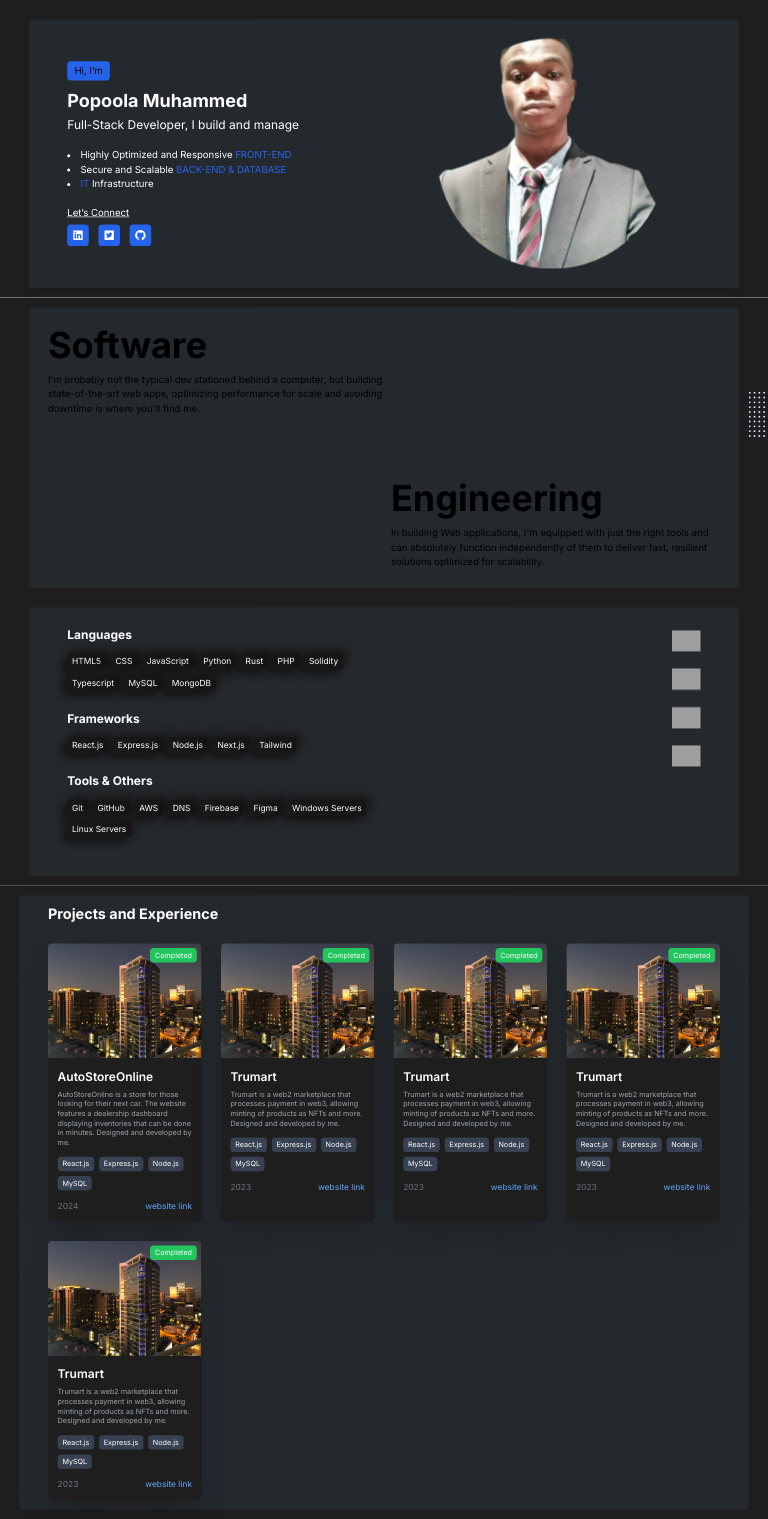
Repository: muhammedctgr/hammedctgr
Page: /
These files come from the project's save history. The page is drawn as it stood at one moment and after the next save; the edit follows.
The browser window is 1280 px wide. The pictures show the whole page, at 60% of full size.
Pictures or frames that could not be fetched are drawn as grey boxes. The project was rebuilt for these pictures with package versions that can differ from the ones it lists, and the page was loaded fresh each time. The framework's server and built-in components were replaced by stand-ins that run in the browser. Also part of the build but not shown: next.config.mjs.

Above is the page before, as saved 2024-08-06 20:47:33.

### app/layout.tsx
import type { Metadata } from "next";
import { Inter } from "next/font/google";
import "./globals.css";

const inter = Inter({ subsets: ["latin"] });

export const metadata: Metadata = {
  title: "Popoola Muhammed",
  description: "Generated by create next app",
};

export default function RootLayout({
  children,
}: Readonly<{
  children: React.ReactNode;
}>) {
  return (
    <html lang="en">
      <body className={inter.className}>{children}</body>
    </html>
  );
}

### app/page.tsx
import Head from 'next/head';
import Hero from '../components/Hero';
import SkillsSection from '@/components/SkillsSection';
import SummarySection from '@/components/SummarySection';
import ProjectsSection from '@/components/ProjectsSection';


const Home = () => (
  <div>
    <Head>
      <title>Popoola Muhammed</title>
      <meta name="description" content="Welcome to my developer portfolio" />
    </Head>

    <Hero />
    <SummarySection />
    <SkillsSection />
    <ProjectsSection />
  </div>
);

export default Home;

### app/globals.css
@tailwind base;
@tailwind components;
@tailwind utilities;

:root {
  --foreground-rgb: 0, 0, 0;
  --background-start-rgb: 214, 219, 220;
  --background-end-rgb: 255, 255, 255;
}

@media (prefers-color-scheme: dark) {
  :root {
    --foreground-rgb: 255, 255, 255;
    --background-start-rgb: 0, 0, 0;
    --background-end-rgb: 0, 0, 0;
  }
}

body {
  color: rgb(var(--foreground-rgb));
  background: linear-gradient(
      to bottom,
      transparent,
      rgb(var(--background-end-rgb))
    )
    rgb(var(--background-start-rgb));
}

@layer utilities {
  .text-balance {
    text-wrap: balance;
  }
}


@keyframes upDown {
  0%, 100% {
    transform: translateY(0);
  }
  50% {
    transform: translateY(-10px); /* Adjust the value as needed */
  }
}

.animate-upDown {
  animation: upDown 2s infinite ease-in-out; /* Adjust duration as needed */
}

.neumorph {
  border-radius: 5px;
  background: linear-gradient(225deg, #161414, #1a1818);
  box-shadow:  -7px 7px 14px #141212,
               7px -7px 14px #1c1a1a;
}

### components/Hero.tsx
import Image from 'next/image';
import profilePic from '../public/profile.png';
import { AiFillLinkedin, AiFillGithub, AiFillTwitterSquare, AiFillX } from 'react-icons/ai';

const Hero = () => {
  return (
    <section className="bg-gptGray px-4 py-4 md:pt-8 md:px-8 lg:px-12 text-white flex items-center">
  <div className="container bg-githubGray shadow-lg rounded-md mx-auto flex flex-col md:flex-row items-center md:px-8">
    <div className="flex-1 text-left p-4 md:p-8">
      <div className="inline-block bg-blue-600 text-black py-1 px-3 mb-4 rounded-md">
        Hi, I’m
      </div>
      <div className="mb-6">
        <h1 className="text-xl md:text-3xl font-bold">Popoola Muhammed</h1>
        <p className="mt-2 text-lg md:text-xl">Full-Stack Developer, I build and manage</p>
      </div>
      <ul className="mt-4 list-disc list-inside">
        <li>Highly Optimized and Responsive <span className="text-blue-600">FRONT-END</span></li>
        <li>Secure and Scalable <span className="text-blue-600">BACK-END & DATABASE</span></li>
        <li><span className="text-blue-600">IT</span> Infrastructure</li>
      </ul>
      <div className="mt-6">
        <a href="#contact" className="underline">Let’s Connect</a>
        <div className="mt-2 flex justify-start space-x-4">
          <a href="#" className="bg-blue-600 p-2 rounded-md">
            <AiFillLinkedin size={20} />
          </a>
          <a href="#" className="bg-blue-600 p-2 rounded-md">
            <AiFillTwitterSquare size={20} />
          </a>
          <a href="#" className="bg-blue-600 p-2 rounded-md">
            <AiFillGithub size={20} />
          </a>
        </div>
      </div>
    </div>
    <div className="flex-1 p-4 md:p-8">
      <div className="relative w-40 h-40 md:w-72 md:h-72 lg:w-96 lg:h-96 mx-auto">
        <Image src={profilePic} alt="Popoola Muhammed" layout="fill" className="rounded-full object-cover animate-upDown" />
      </div>
    </div>
  </div>
</section>
  );
};

export default Hero;

### components/SkillsSection.tsx
import Image from 'next/image';
import { FC } from 'react';

interface SkillCategory {
  title: string;
  skills: { name: string; color: string; }[];
}

const skills: SkillCategory[] = [
  {
    title: "Languages",
    skills: [
      { name: "HTML5", color: "bg-black" },
      { name: "CSS", color: "bg-black"},
      { name: "JavaScript", color: "bg-yellow-500" },
      { name: "Python", color: "bg-green-500" },
      { name: "Rust", color: "bg-orange-600" },
      { name: "PHP", color: "bg-purple-500" },
      { name: "Solidity", color: "bg-black-500" },
      { name: "Typescript", color: "bg-blue-700" },
      { name: "MySQL", color: "bg-orange-400" },
      { name: "MongoDB", color: "bg-green-600" },
    ],
  },
  {
    title: "Frameworks",
    skills: [
      { name: "React.js", color: "bg-blue-400" },
      { name: "Express.js", color: "bg-green-500" },
      { name: "Node.js", color: "bg-green-700" },
      { name: "Next.js", color: "bg-purple-700" },
      { name: "Tailwind", color: "bg-purple-500" },
    ],
  },
  {
    title: "Tools & Others",
    skills: [
      { name: "Git", color: "bg-orange-500" },
      { name: "GitHub", color: "bg-purple-800" },
      { name: "AWS", color: "bg-yellow-600" },
      { name: "DNS", color: "bg-gray-400" },
      { name: "Firebase", color: "bg-yellow-500" },
      { name: "Figma", color: "bg-pink-600" },
      { name: "Windows Servers", color: "bg-blue-700" },
      { name: "Linux Servers", color: "bg-black" },
    ],
  },
];

const icons = [
  "/icons/html5.svg", // Replace with your icon paths
  "/icons/css3.svg",
  "/icons/javascript.svg",
  "/icons/python.svg",
  // Add the rest of the icons as needed
];

const SkillsSection: FC = () => {
  return (
    <section className="px-4 py-4 md:px-8 lg:px-12 bg-gptGray text-white">
  <div className="container bg-githubGray rounded-md mx-auto flex flex-col md:flex-row items-start md:px-8">
    <div className="flex-1 p-4 md:p-8">
      {skills.map((category) => (
        <div key={category.title} className="mb-8">
          <h2 className="text-lg md:text-xl font-bold mb-4">{category.title}</h2>
          <div className="flex flex-wrap gap-2">
            {category.skills.map((skill) => (
              <span
                key={skill.name}
                className={`px-2 py-1 rounded-md text-sm neumorph`}
              >
                {skill.name}
              </span>
            ))}
          </div>
        </div>
      ))}
    </div>
    <div className="flex-1 flex flex-col items-center md:items-end">
      <div className="grid grid-cols-3 md:grid-cols-1 gap-4 p-4 md:p-8">
        {icons.map((src, index) => (
          <div key={index} className="w-10 h-10 md:w-12 md:h-12 relative">
            <Image src={src} alt={`icon-${index}`} layout="fill" objectFit="contain" />
          </div>
        ))}
      </div>
    </div>
  </div>
</section>
  );
};

export default SkillsSection;

### components/SummarySection.tsx
import { FC } from 'react';

const SummarySection: FC = () => {
  return (
<section className="px-4 py-4 md:px-8 lg:px-12 bg-gptGray relative overflow-hidden">
  <div className="container bg-githubGray mx-auto flex rounded-md flex-col md:flex-row justify-between items-start md:px-8 p-4 md:p-8">
    <div className=" mb-8 md:mb-8">
      <div className="mb-4">
        <span className="text-4xl md:text-6xl font-bold">Software</span>
      </div>
      <p className="text-sm md:text-base">
        I'm probably not the typical dev stationed behind a computer, but building state-of-the-art web apps, optimizing performance for scale and avoiding downtime is where you'll find me.
      </p>
    </div>
    <div className=" md:mt-64">
      <div className="mb-4">
        <span className="text-4xl md:text-6xl font-bold">Engineering</span>
      </div>
      <p className="text-sm md:text-base">
        In building Web applications, I'm equipped with just the right tools and can absolutely function independently of them to deliver fast, resilient solutions optimized for scalability.
      </p>
    </div>
  </div>

  {/* Decorative Elements */}
  <div className="absolute top-1/4 right-0 transform translate-x-4 translate-y-4 md:translate-x-12 md:translate-y-8">
    <svg className="fill-current text-purple-200" width="80" height="80" viewBox="0 0 100 100">
      {/* SVG circles */}
      {[...Array(10)].map((_, row) => (
        <g key={row} transform={`translate(0, ${row * 10})`}>
          {[...Array(10)].map((_, col) => (
            <circle key={col} cx={col * 10 + 2} cy="2" r="2" />
          ))}
        </g>
      ))}
    </svg>
  </div>
</section>
  );
};

export default SummarySection;

### components/ProjectsSection.tsx
import { FC } from 'react';

interface Project {
  title: string;
  description: string;
  technologies: string[];
  date: string;
  status: string;
  image: string;
  link: string;
}

const projects: Project[] = [
  {
    title: "AutoStoreOnline",
    description: "AutoStoreOnline is a store for those looking for their next car. The website features a dealership dashboard displaying inventories that can be done in minutes. Designed and developed by me.",
    technologies: ["React.js", "Express.js", "Node.js", "MySQL"],
    date: "2024",
    status: "Completed",
    image: "pic1.jpg",
    link: "https://example.com",
  },
  {
    title: "Trumart",
    description: "Trumart is a web2 marketplace that processes payment in web3, allowing minting of products as NFTs and more. Designed and developed by me.",
    technologies: ["React.js", "Express.js", "Node.js", "MySQL"],
    date: "2023",
    status: "Completed",
    image: "pic1.jpg",
    link: "https://example.com",
  },
  {
    title: "Trumart",
    description: "Trumart is a web2 marketplace that processes payment in web3, allowing minting of products as NFTs and more. Designed and developed by me.",
    technologies: ["React.js", "Express.js", "Node.js", "MySQL"],
    date: "2023",
    status: "Completed",
    image: "pic1.jpg",
    link: "https://example.com",
  },
  {
    title: "Trumart",
    description: "Trumart is a web2 marketplace that processes payment in web3, allowing minting of products as NFTs and more. Designed and developed by me.",
    technologies: ["React.js", "Express.js", "Node.js", "MySQL"],
    date: "2023",
    status: "Completed",
    image: "pic1.jpg",
    link: "https://example.com",
  },
  {
    title: "Trumart",
    description: "Trumart is a web2 marketplace that processes payment in web3, allowing minting of products as NFTs and more. Designed and developed by me.",
    technologies: ["React.js", "Express.js", "Node.js", "MySQL"],
    date: "2023",
    status: "Completed",
    image: "pic1.jpg",
    link: "https://example.com",
  },
  // Add more projects as needed...
];

const ProjectsSection: FC = () => {
  return (
    <section className="bg-gptGray md:px-8 px-4 py-4">
      <div className="container bg-githubGray rounded-md mx-auto md:px-8 ">
        <h2 className="text-2xl font-bold text-white p-4">Projects and Experience</h2>
        <div className="grid grid-cols-1 sm:grid-cols-3 lg:grid-cols-4 gap-8 p-4">
          {projects.map((project, index) => (
            <div key={index} className="bg-gptGray rounded-lg overflow-hidden shadow-2xl">
              <div className="relative w-full h-48">
                <img src={project.image} alt={project.title} className="w-full h-full object-cover" />
                <span className="absolute top-2 right-2 bg-green-500 text-xs text-white px-2 py-1 rounded-md">{project.status}</span>
              </div>
              <div className="p-4">
                <h3 className="text-xl font-semibold text-white mb-2">{project.title}</h3>
                <p className="text-gray-400 text-xs mb-4">{project.description}</p>
                <div className="flex flex-wrap gap-2 mb-4">
                  {project.technologies.map((tech, i) => (
                    <span key={i} className="bg-gray-700 text-white text-xs px-2 py-1 rounded-md shadow-2xl">{tech}</span>
                  ))}
                </div>
                <div className="flex justify-between items-center">
                  <span className="text-gray-500 text-sm">{project.date}</span>
                  <a href={project.link} target="_blank" rel="noopener noreferrer" className="text-blue-400 hover:underline text-sm">website link</a>
                </div>
              </div>
            </div>
          ))}
        </div>
      </div>
    </section>
  );
};

export default ProjectsSection;

### tailwind.config.ts
import type { Config } from "tailwindcss";

const config: Config = {
  content: [
    "./pages/**/*.{js,ts,jsx,tsx,mdx}",
    "./components/**/*.{js,ts,jsx,tsx,mdx}",
    "./app/**/*.{js,ts,jsx,tsx,mdx}",
  ],
  theme: {
    extend: {
      backgroundImage: {
        "gradient-radial": "radial-gradient(var(--tw-gradient-stops))",
        "gradient-conic":
          "conic-gradient(from 180deg at 50% 50%, var(--tw-gradient-stops))",
      },
      colors: {
        githubGray: '#24292e',
        gptGray: '#1e1e1e' // Define the exact color
      },
    },
  },
  plugins: [],
};
export default config;

After the next save:
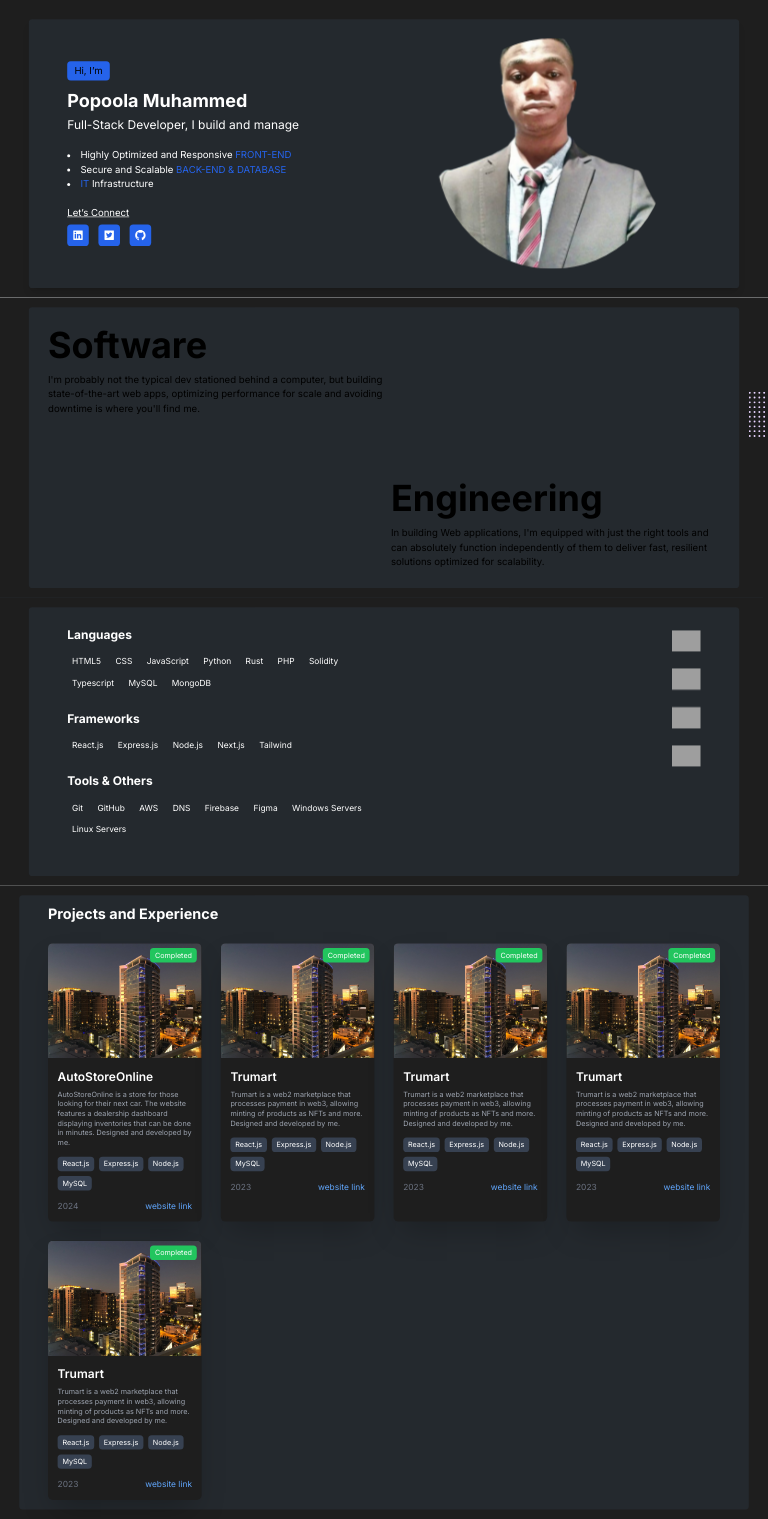
Saved 3 min 11 s later.
--- a/app/globals.css
+++ b/app/globals.css
@@ -47,8 +47,5 @@ body {
 }
 
 .neumorph {
-  border-radius: 5px;
-  background: linear-gradient(225deg, #161414, #1a1818);
-  box-shadow:  -7px 7px 14px #141212,
-               7px -7px 14px #1c1a1a;
+
 }

After the save that followed:
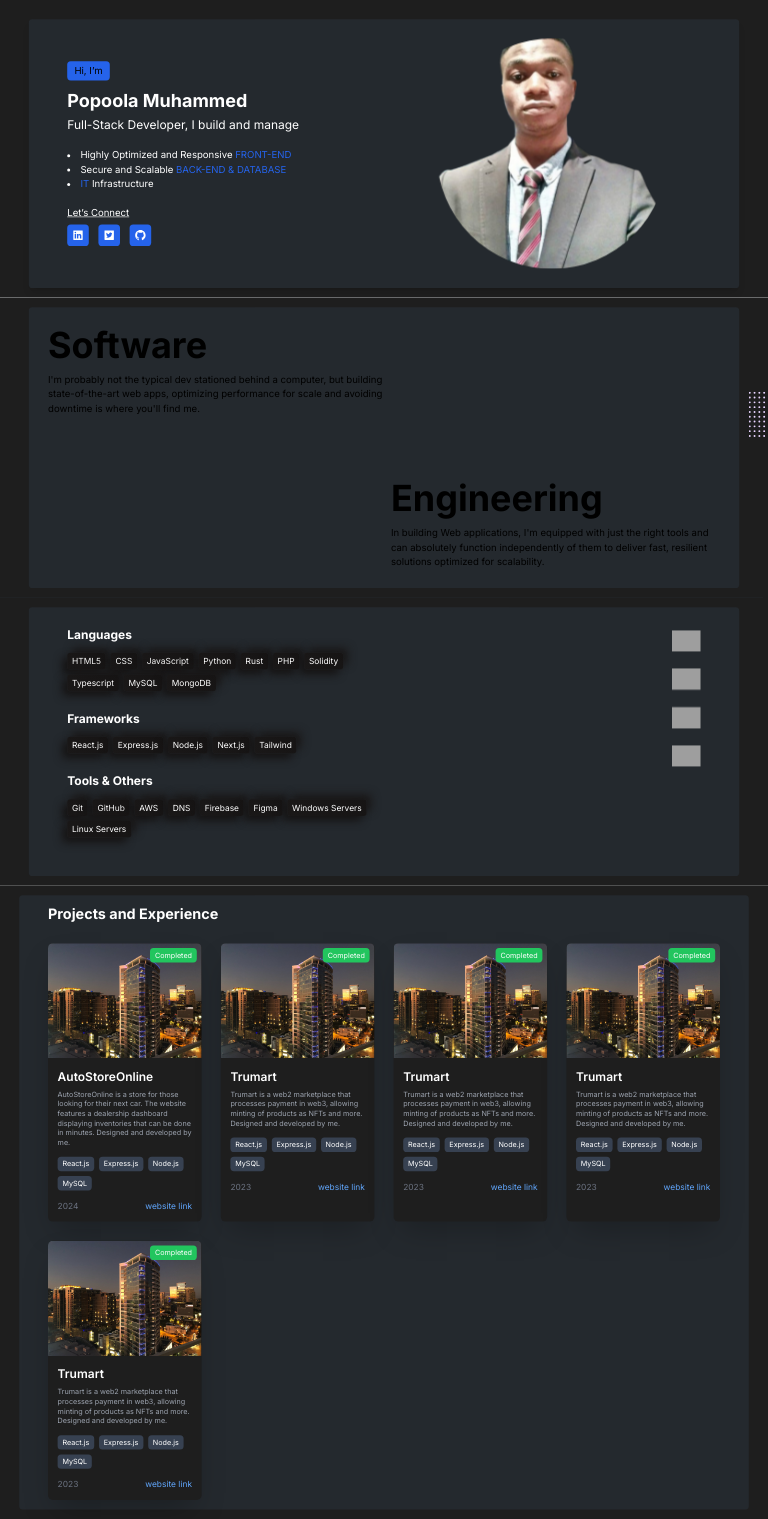
Saved 7 s later.
--- a/app/globals.css
+++ b/app/globals.css
@@ -47,5 +47,8 @@ body {
 }
 
 .neumorph {
-
+  border-radius: 5px;
+  background: linear-gradient(225deg, #161414, #1a1818);
+  box-shadow:  -8px 8px 15px #161414,
+               8px -8px 15px #1a1818;
 }
